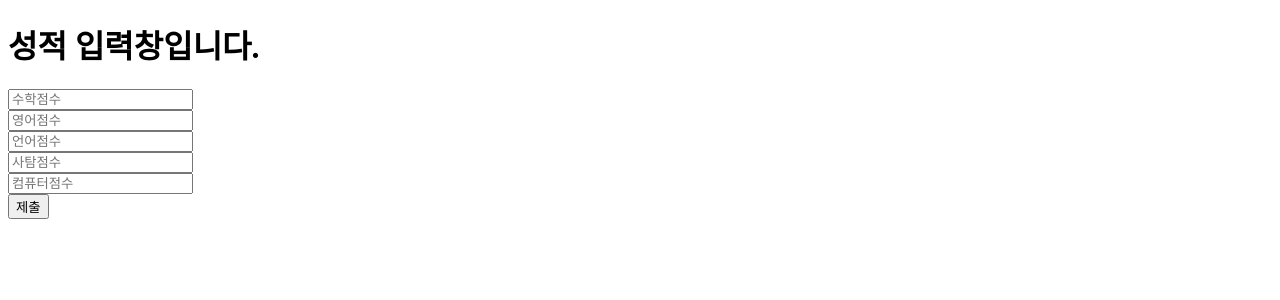
Repository: KindRichMan/Spring
Page: http://localhost/SpringBasic/score
An editor plug-in stored every save of this project. The page is shown before and after the next save, followed by the edit.
The browser window is 1280 px wide. The pictures show the whole page.
The page is served by Tomcat 9. Other server files are loaded and not shown.

Above is the page before, as saved 2022-03-30 06:20:36.

### SpringBasic/src/main/webapp/WEB-INF/views/grade_cardForm.jsp
<%@ page language="java" contentType="text/html; charset=UTF-8"
    pageEncoding="UTF-8"%>
<!DOCTYPE html>
<html>
<head>
<meta charset="UTF-8">
<title>Insert title here</title>
</head>
<body>
   <h1>성적 입력창입니다.</h1>
   <form action="/score" method="post">
   <input type="number" name="math" placeholder="수학점수"><br/>
   <input type="number" name="eng" placeholder="영어점수"><br/>
   <input type="number" name="lan" placeholder="언어점수"><br/>
   <input type="number" name="social" placeholder="사탐점수"><br/>
   <input type="number" name="com" placeholder="컴퓨터점수"><br/>
   <input type="submit" value="제출">
   </form>
</body>
</html>

After the next save:
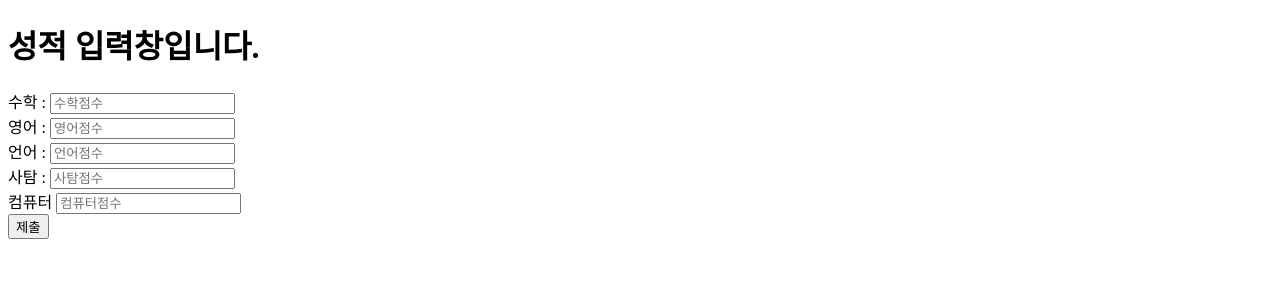
Saved 18 h 5 min later.
--- a/SpringBasic/src/main/webapp/WEB-INF/views/grade_cardForm.jsp
+++ b/SpringBasic/src/main/webapp/WEB-INF/views/grade_cardForm.jsp
@@ -9,11 +9,11 @@
 <body>
    <h1>성적 입력창입니다.</h1>
    <form action="/score" method="post">
-   <input type="number" name="math" placeholder="수학점수"><br/>
-   <input type="number" name="eng" placeholder="영어점수"><br/>
-   <input type="number" name="lan" placeholder="언어점수"><br/>
-   <input type="number" name="social" placeholder="사탐점수"><br/>
-   <input type="number" name="com" placeholder="컴퓨터점수"><br/>
+ 수학 :  <input type="number" name="math" placeholder="수학점수"><br/>
+ 영어 : <input type="number" name="eng" placeholder="영어점수"><br/>
+ 언어 :  <input type="number" name="lan" placeholder="언어점수"><br/>
+ 사탐 : <input type="number" name="social" placeholder="사탐점수"><br/>
+ 컴퓨터  <input type="number" name="com" placeholder="컴퓨터점수"><br/>
    <input type="submit" value="제출">
    </form>
 </body>
